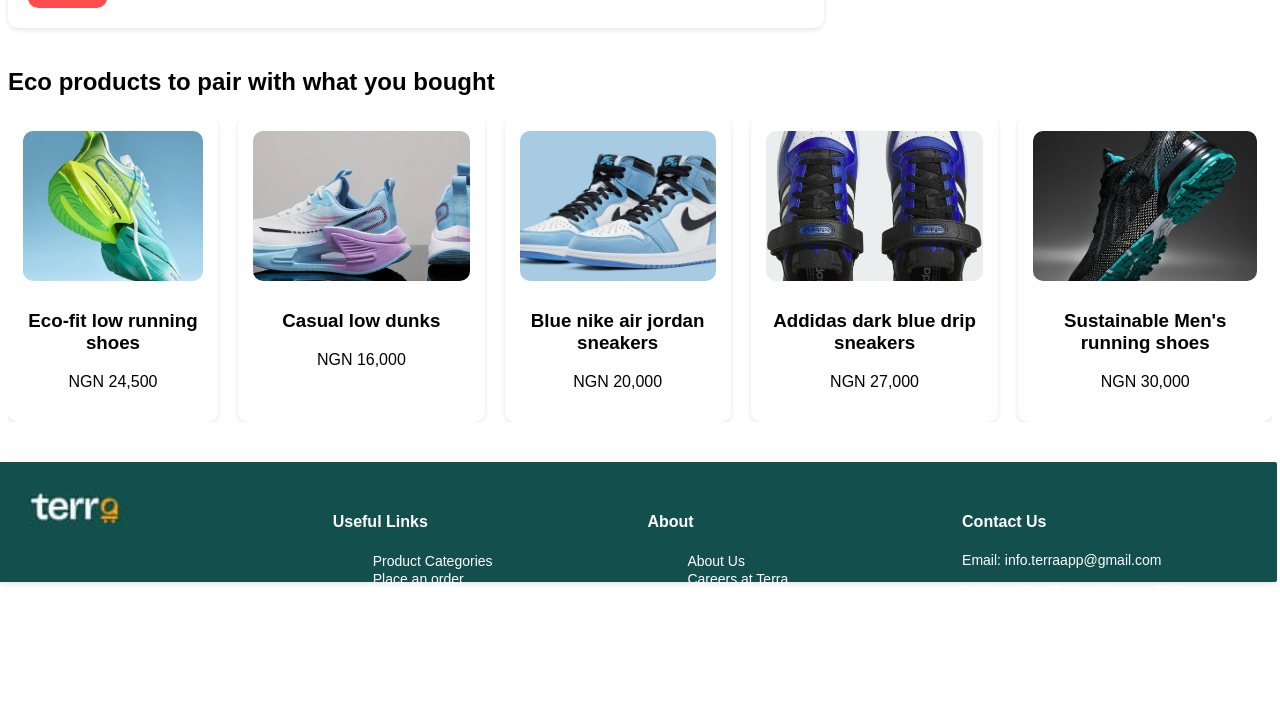
Repository: Femi007-gh/e-commerce
Page: index.html
These files come from the project's save history. The page is drawn as it stood at one moment and after a run of saves; the edit follows.
The browser window is 1280 px wide. The pictures show the part of the page from y = 1268 to 2220 px (the page is 1980 px tall before and 2220 px after).
A picture or video elsewhere on the page could not be fetched, so the positions and the page height are approximate.

Above is the page before, as saved 2025-04-29 12:19:31.

After the next 2 saves:
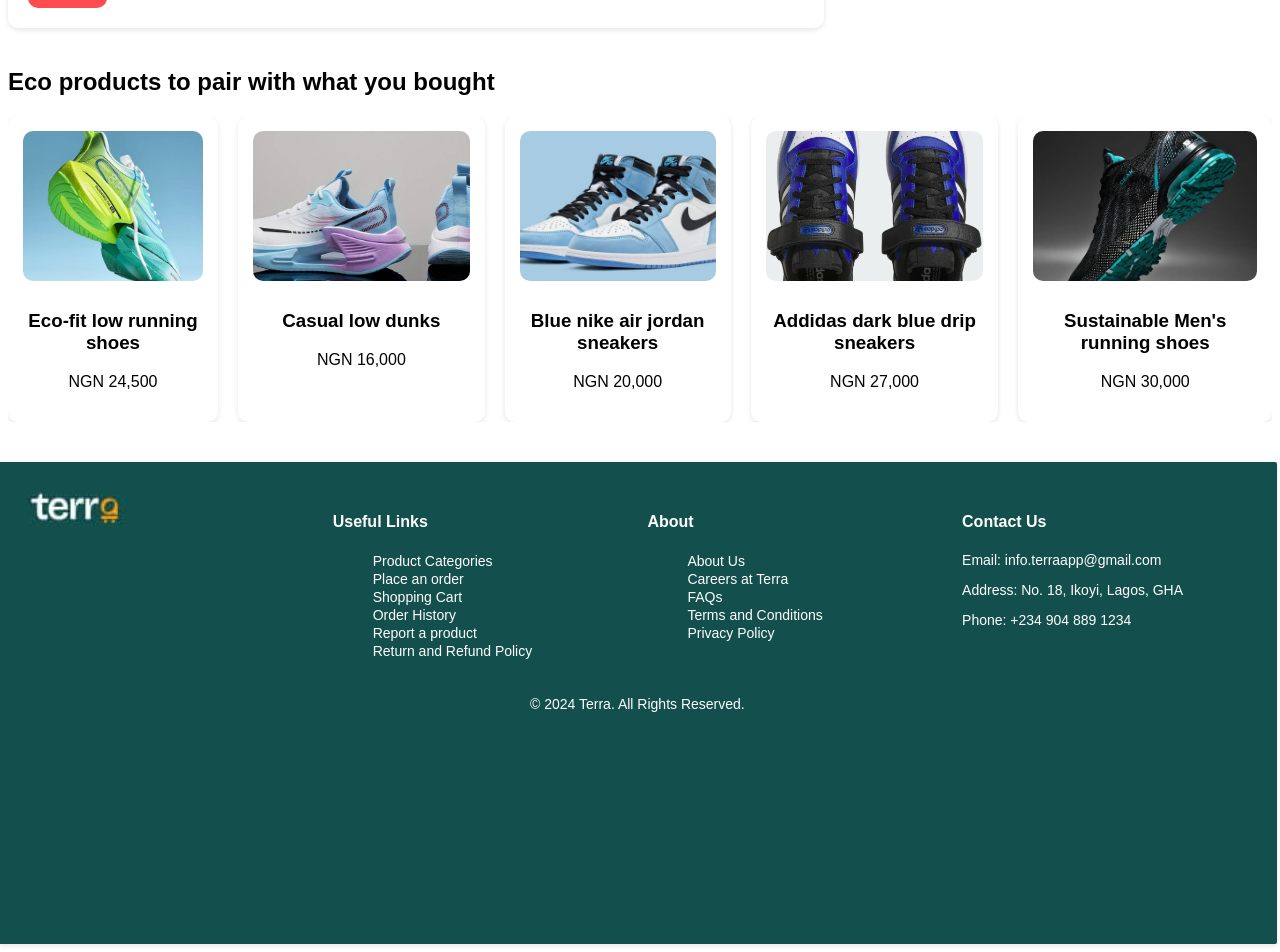
The 2 saves are shown as one change because they came seconds apart.
The last was saved 7 s later.
--- a/style.css
+++ b/style.css
@@ -304,7 +304,7 @@
   box-shadow: 0 2px 5px rgba(0,0,0,0.1);
   width: 98%;
   margin-left: -10px;
-  height: 60px;
+  height: 60%;
 }
 
 .footer-top {
